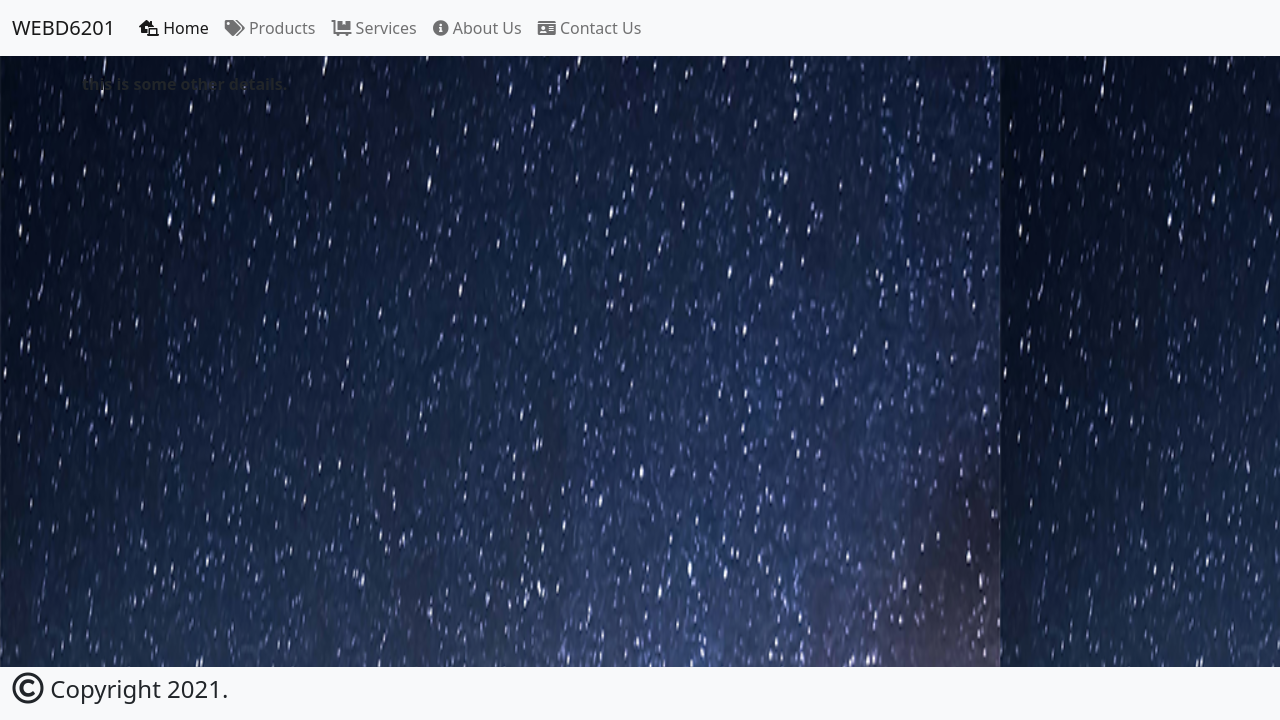
Repository: MuzhdaEhsan/WEBD6201-W2021-Lab1
Page: index.html
These files come from the project's save history. The page is drawn as it stood at one moment and after the next save; the edit follows.
The browser window is 1280 px wide. The pictures show the whole page.

Above is the page before, as saved 2021-02-05 20:45:31.

### index.html
<!DOCTYPE html>
<html lang="en">
<head>
    <meta charset="UTF-8">
    <meta name="viewport" content="width=device-width, initial-scale=1.0">
    <title>Home</title>
    <!-- CSS Section -->
    <link rel="stylesheet" href="./node_modules/bootstrap/dist/css/bootstrap.min.css">
    <link rel="stylesheet" href="./node_modules/@fortawesome/fontawesome-free/css/all.min.css">
    <link rel="stylesheet" href="./Content/app.css">


</head>
<body>


    <!-- Main Header -->
    <header>

        <!-- Main Navigation -->
        <nav class="navbar navbar-expand-lg navbar-light bg-light">
            <div class="container-fluid">
              <a class="navbar-brand" href="index.html">WEBD6201</a>
              <button class="navbar-toggler" type="button" data-bs-toggle="collapse" data-bs-target="#navbarSupportedContent" aria-controls="navbarSupportedContent" aria-expanded="false" aria-label="Toggle navigation">
                <span class="navbar-toggler-icon"></span>
              </button>
              <div class="collapse navbar-collapse" id="navbarSupportedContent">
                <ul class="navbar-nav me-auto mb-2 mb-lg-0">
                  <li class="nav-item">
                    <a class="nav-link active" aria-current="page" href="index.html"><i class="fas fa-laptop-house"></i> Home</a>
                  </li>

                  <li class="nav-item">
                    <a class="nav-link" aria-current="page" href="projects.html"><i class="fas fa-tags"></i> Products</a>
                  </li>

                  <li class="nav-item">
                    <a class="nav-link" aria-current="page" href="services.html"><i class="fas fa-dolly-flatbed"></i> Services</a>
                  </li>

                  <li class="nav-item">
                    <a class="nav-link" aria-current="page" href="about.html"><i class="fas fa-info-circle"></i> About Us</a>
                  </li>

                  <li class="nav-item">
                    <a class="nav-link" aria-current="page" href="contact.html"><i class="fas fa-id-card"></i> Contact Us</a>
                  </li>
                </ul>
              </div>
            </div>
          </nav>

    </header>

    <!-- Main Content -->
    <main class="container">
        <h1></h1>
        <p id="paragraphOne"></p>
        <div id="myDiv"></div>

    </main>

    <!-- Main Footer -->
    <footer>
        <nav class="navbar fixed-bottom navbar-light bg-light">
            <div class="container-fluid">
              <h4><i class="far fa-copyright fa-lg"></i> Copyright 2021.</h4>
            </div>
          </nav>
    </footer>

    <!-- Script Section-->
    <script src="./node_modules/jquery/dist/jquery.min.js"></script>
    <script src="./node_modules/bootstrap/dist/js/bootstrap.bundle.min.js"></script>
    <script src="./Scripts/app.js"></script>
</body>
</html>

### Scripts/app.js
/*
@author: Muzhda Ehsan
@date: 27-Jan-2021
*/
/* custom JavaScript goes here */

//IIFE - Immediately Invoked Function Expression
//AKA - Anonymous Self-Executing Function
//Closure - limits scope leak

"use strict";

let myContact =
{
  "firstName":"Muzhda",
  "contactNumber":"234234",
  "emailAddress":"muzhda@gmail.com",
  "saysHello":function()
  {
    console.log(`${fullName} says Hello`);
  },
  "someOtherObject": {
    "friendsList": [
      "Peter Parker", "Tony Stark", "Stephen Strange"
    ]
  }
};


(function()
{
    function displayHome()
    {
      let imageSize = "1000px 3000px";
      let imageUrl2 = `url('./background.png')`;
      //document.body.style.backgroundImage = "url('./download.jpg')";
      let bodyImage = document.body.style;
      bodyImage.backgroundSize = imageSize;
      bodyImage.backgroundImage = imageUrl2;
        //let paragraphOneText =
         // "This is a simple site to demonstrate DOM Manipulation for ICE 1";

        //let paragraphOneElement = document.getElementById("paragraphOne");

        //paragraphOneElement.textContent = paragraphOneText;
        //paragraphOneElement.className = "fs-5";

        // Step 1. document.createElement
        let newParagraph = document.createElement("p");
        // Step 2. configure the element
        //newParagraph.setAttribute("id", "paragraphTwo");
        //newParagraph.textContent = "...And this is paragraph two";
        // Step 3. select the parent element
        let mainContent = document.getElementsByTagName("main")[0];
        // Step 4. Add / Insert the element
         mainContent.appendChild(newParagraph);

        //newParagraph.className = "fs-6";

        // another way of injecting content
        //let paragraphDiv = document.createElement("div");
        //let paragraphThree = `<p id="paragraphThree" class="fs-7 fw-bold">And this is the Third Paragraph</p>`;
        //paragraphDiv.innerHTML = paragraphThree;

        // insertions

        // example of inserting before a node
        //newParagraph.before(paragraphDiv);

        // example of inserting after a node
        //newParagraph.after(paragraphDiv);


        // add image
        //let image = document.createElement("div");
        //let imageUrl = `<img src="./download.jpg" alt="Girl in a jacket" width="500" height="600">`;
        //image.innerHTML = imageUrl
        //newParagraph.before(image);

        // paragraph details
        let paragraphMain = document.createElement("div");
        let paragraphIndex = `<p id="mainParagraph" class="fs-7 fw-bold">this is some other details.</p>`;
        paragraphMain.innerHTML = paragraphIndex;

        newParagraph.before(paragraphMain);


        // deletions

        // example of removing a single element
        //paragraphOneElement.remove();

        // example of removeChild
        //mainContent.removeChild(paragraphOneElement);

        // update / modification
        //mainContent.firstElementChild.textContent = "Welcome Home!";

        //mainContent.innerHTML = `<h1 id="firstHeading">Welcome to WEBD6201 - Lab 2</h1>`;


    }

    function displayAbout()
    {

    }

    function displayProjects()
    {

    }

    function displayServices()
    {

    }

    function displayContact()
    {
        let messageArea = document.getElementById("messageArea");
        messageArea.hidden = true;

        // form validation
        let fullName = document.getElementById("fullName");
        fullName.addEventListener("blur", function() {
            if(fullName.value.length < 2)
            {
                fullName.focus();
                fullName.select();
                messageArea.hidden = false;
                messageArea.className = "alert alert-danger";
                messageArea.textContent = "Please enter an appropriate Name";
            }
            else
            {
                messageArea.removeAttribute("class");
                messageArea.hidden = true;
            }
        });

        let sendButton = document.getElementById("sendButton");
        sendButton.addEventListener("click", function(event){
           // event.preventDefault();

            let contact = new Contact(fullName.value, contactNumber.value, emailAddress.value);

            if(contact.serialize())
            {
              localStorage.setItem((localStorage.length + 1).toString(), contact.serialize());

            }

            //console.log(contact.toString());
            //console.log(contact.serialize());
        });
    }

    function displayContactList()
    {
      if (localStorage.length > 0)
      {
        let contactList = document.getElementById("contactList");

        let data = "";

        for (let index = 0; index < localStorage.length; index++)
        {
          let contactData = localStorage.getItem((index + 1).toString());

          console.log(contactData);
          let contact = new Contact();
          contact.deserialize(contactData);

          data += `<tr>
          <th scope="row">${index + 1}</th>
          <td>${contact.FullName}</td>
          <td>${contact.ContactNumber}</td>
          <td>${contact.EmailAddress}</td>
        </tr>`;
        }

        contactList.innerHTML = data;
      }


    }

    function Start()
    {
        console.log("App Started...");

        switch (document.title)
        {
          case "Home":
              displayHome();
            break;
          case "About":
              displayAbout();
            break;
          case "Projects":
              displayProjects();
            break;
          case "Services":
              displayServices();
            break;
          case "Contact":
              displayContact();
            break;
            case "Contact-List":
              displayContactList();
            break;
        }

    }

    window.addEventListener("load", Start);

})();

Loaded but not shown: node_modules/bootstrap/dist/css/bootstrap.min.css (library); node_modules/@fortawesome/fontawesome-free/css/all.min.css (library); Content/app.css (common file); node_modules/jquery/dist/jquery.min.js (library); node_modules/bootstrap/dist/js/bootstrap.bundle.min.js (library)

After the next save:
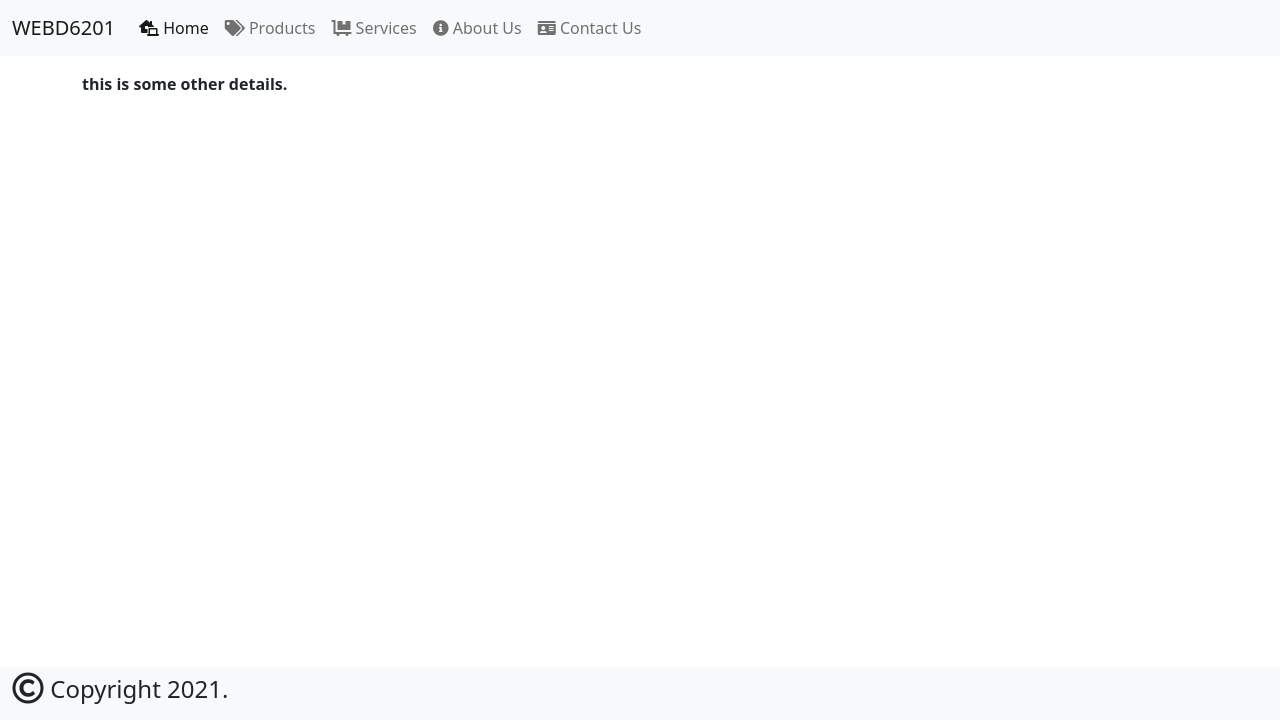
Not found: 261.png
Saved 4 min 17 s later.
--- a/Scripts/app.js
+++ b/Scripts/app.js
@@ -32,7 +32,7 @@
     function displayHome()
     {
       let imageSize = "1000px 3000px";
-      let imageUrl2 = `url('./background.png')`;
+      let imageUrl2 = `url('./261.png')`;
       //document.body.style.backgroundImage = "url('./download.jpg')";
       let bodyImage = document.body.style;
       bodyImage.backgroundSize = imageSize;

After the save that followed:
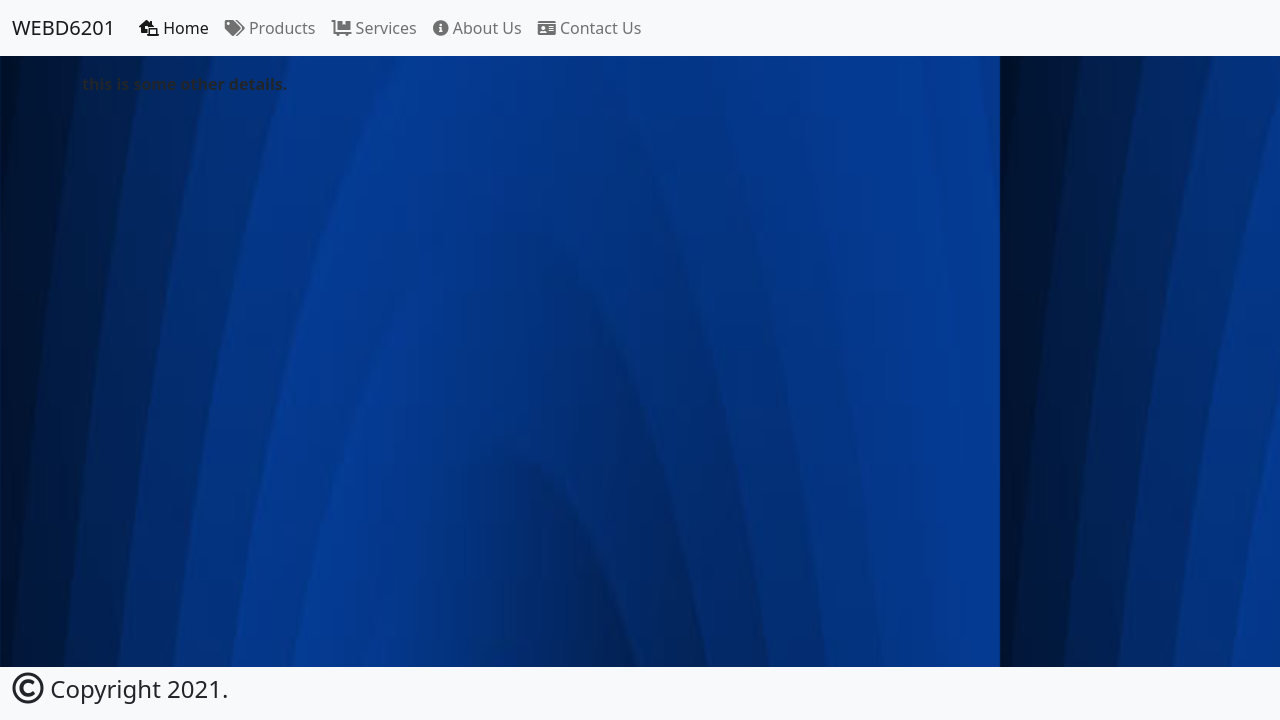
Saved 12 s later.
--- a/Scripts/app.js
+++ b/Scripts/app.js
@@ -32,7 +32,7 @@
     function displayHome()
     {
       let imageSize = "1000px 3000px";
-      let imageUrl2 = `url('./261.png')`;
+      let imageUrl2 = `url('./261.jpg')`;
       //document.body.style.backgroundImage = "url('./download.jpg')";
       let bodyImage = document.body.style;
       bodyImage.backgroundSize = imageSize;
